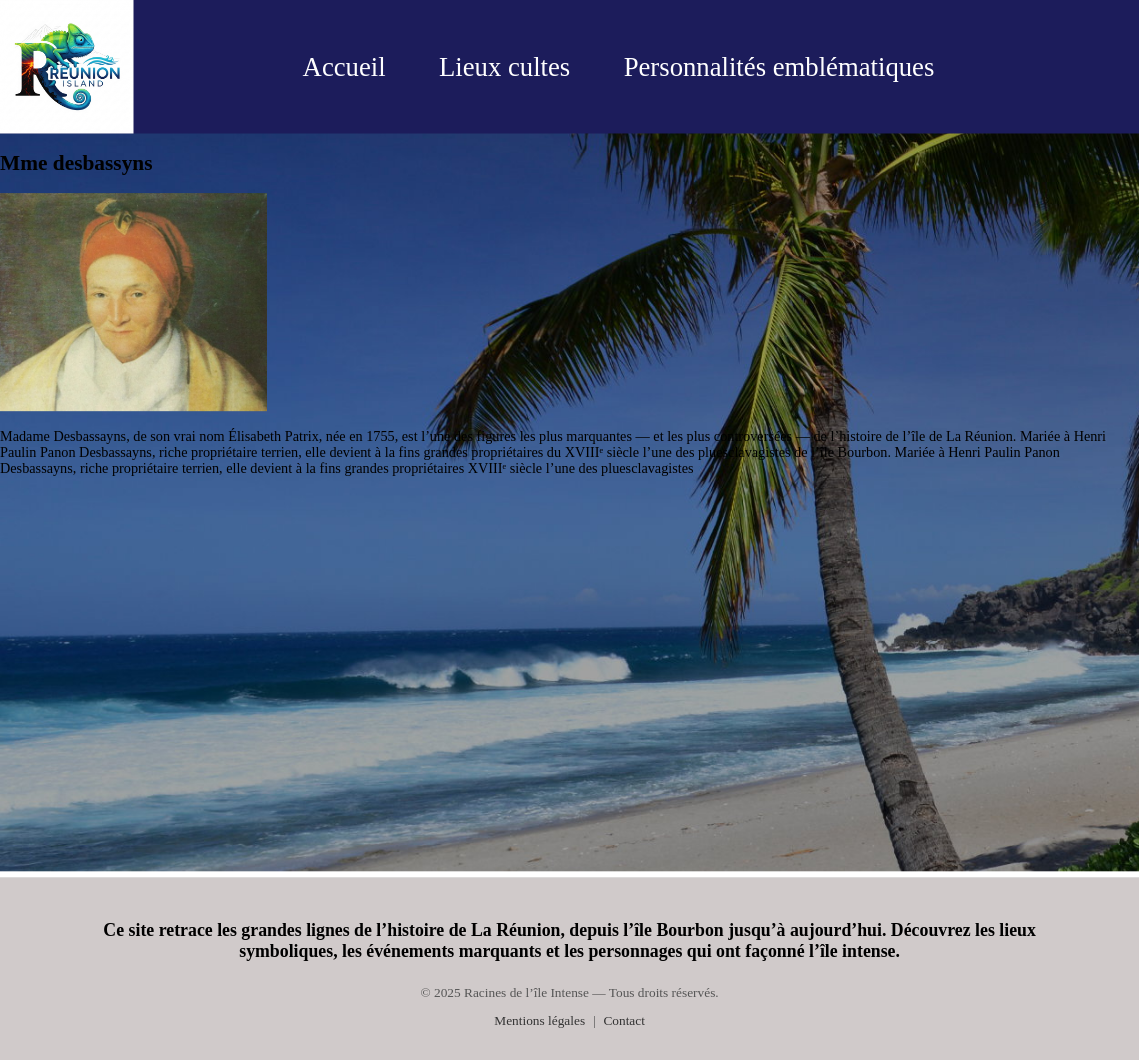
Repository: racinesintense974/Racines-de-lile-intense
Page: desbassayns.html
An editor plug-in stored every save of this project. The page is shown before and after the next save, followed by the edit.
The browser window is 1280 px wide. The pictures show the whole page, at 89% of full size.

Above is the page before, as saved 2026-02-19 16:38:12.

After the next save:
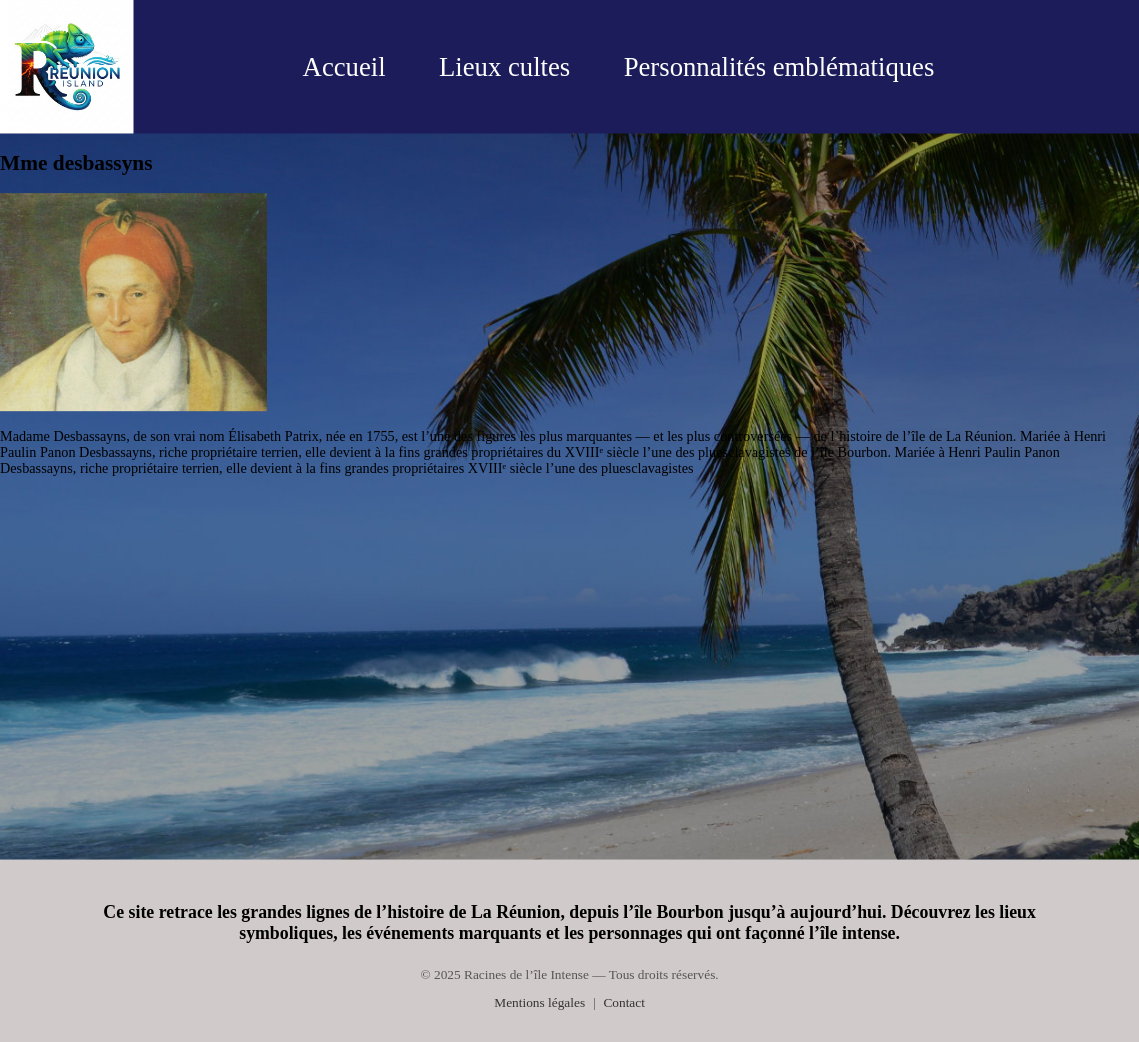
Saved 7 s later.
--- a/css/meow.css
+++ b/css/meow.css
@@ -87,7 +87,7 @@ html, body {
   font-size: 15px;
   color: #555;
   border-top: 1px solid #ccc;
-  margin-top: 450px;
+  margin-top: 430px;
    box-sizing: border-box;
 
 }
